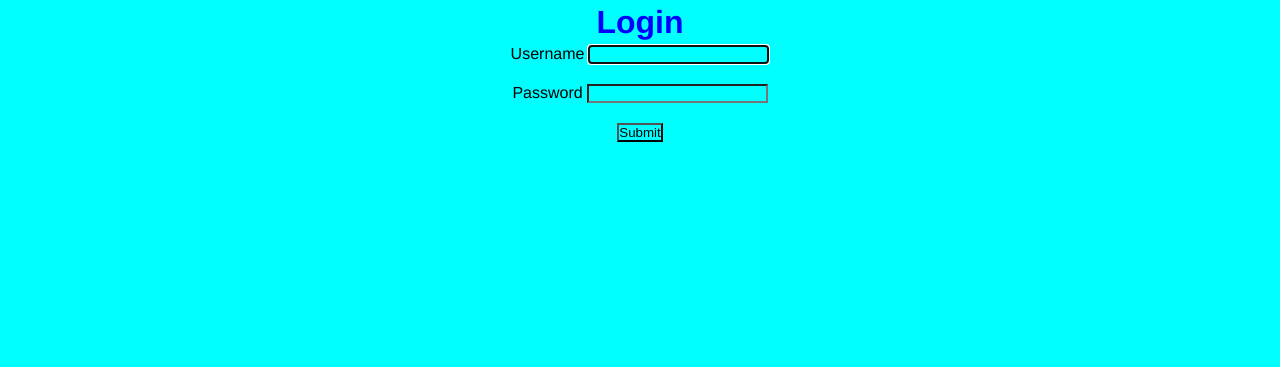
Repository: shreyajadhav13/TP_RP_05
Page: intermediate/form.html
These files come from the project's save history. The page is drawn as it stood at one moment and after the next save; the edit follows.
The browser window is 1280 px wide. The pictures show the whole page.

Above is the page before, as saved 2024-06-20 14:22:40.

After the next save:
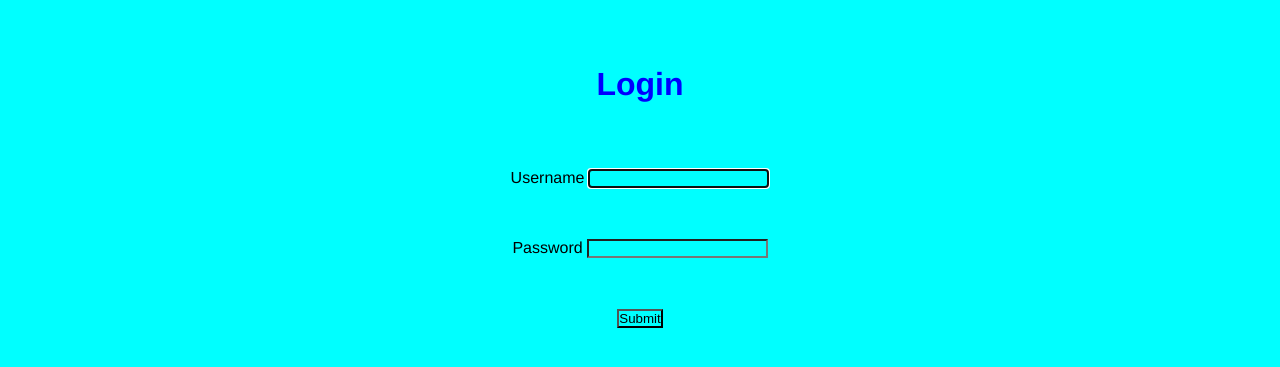
Saved 30 s later.
--- a/intermediate/assets/style.css
+++ b/intermediate/assets/style.css
@@ -6,7 +6,7 @@
     text-align: center;
     box-sizing: border-box;
     background-color: aqua;
-    margin-top: 2px;
+    margin-top: 33px;
 
 }
 
